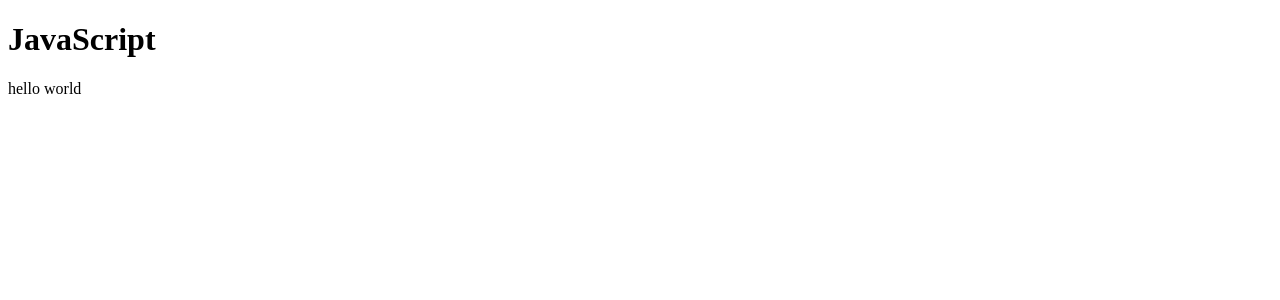
Repository: youngsik0405/Web-study
Page: Practice/WebContent/ex1.html
These files come from the project's save history. The page is drawn as it stood at one moment and after the next save; the edit follows.
The browser window is 1280 px wide. The pictures show the whole page.

Above is the page before, as saved 2025-01-23 10:51:47.

After the next save:
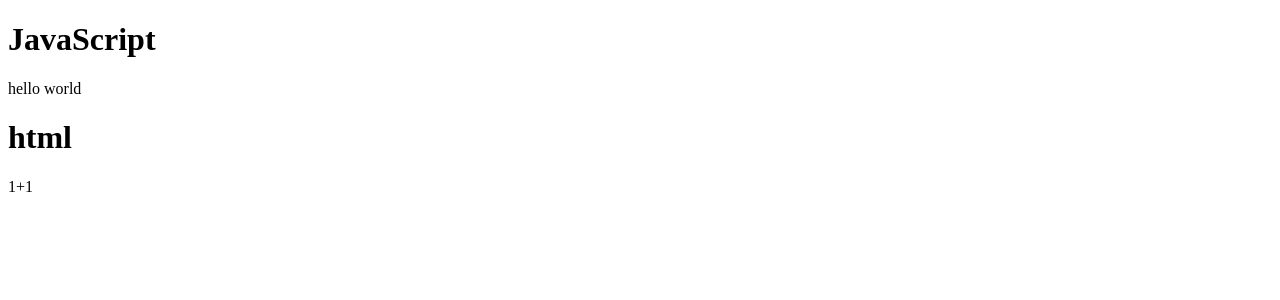
Saved 39 s later.
--- a/Practice/WebContent/ex1.html
+++ b/Practice/WebContent/ex1.html
@@ -9,6 +9,7 @@
 	<script type="text/javascript">
 		document.write('hello world');
 	</script>
-
+	<h1>html</h1>
+	1+1
 </body>
 </html>
